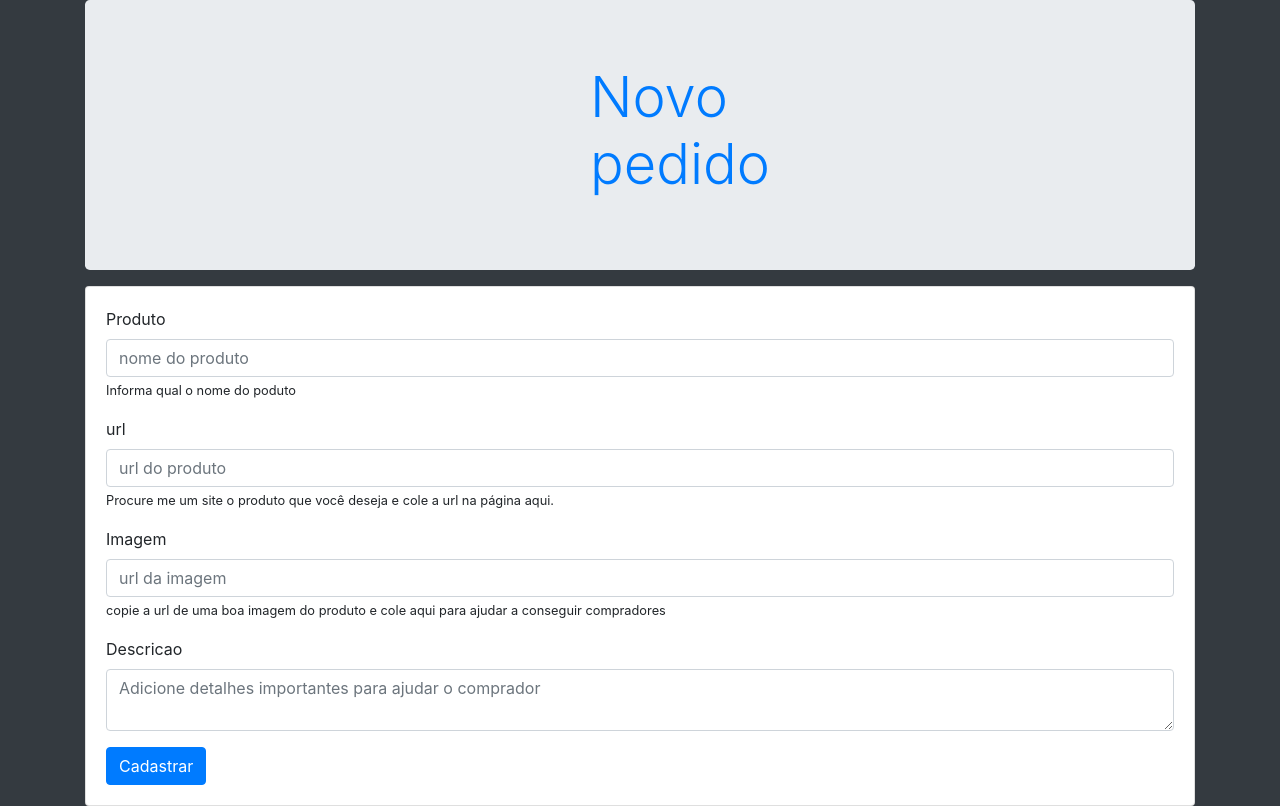
Repository: Erick-Fernandes-dev/Spring_MVC_Part2
Page: http://localhost/pedido/formulario
The author's editor kept a copy of each file at every save. The page is drawn from the files as they stood at one save, then again after the next save.
The browser window is 1280 px wide. The pictures show the whole page.
The page is this project's Thymeleaf template; nobody is signed in. The template is opened directly, without the code that normally fills it, so the values that code supplies are empty.

Above is the page before, as saved 2022-05-26 18:14:05.

After the next save:
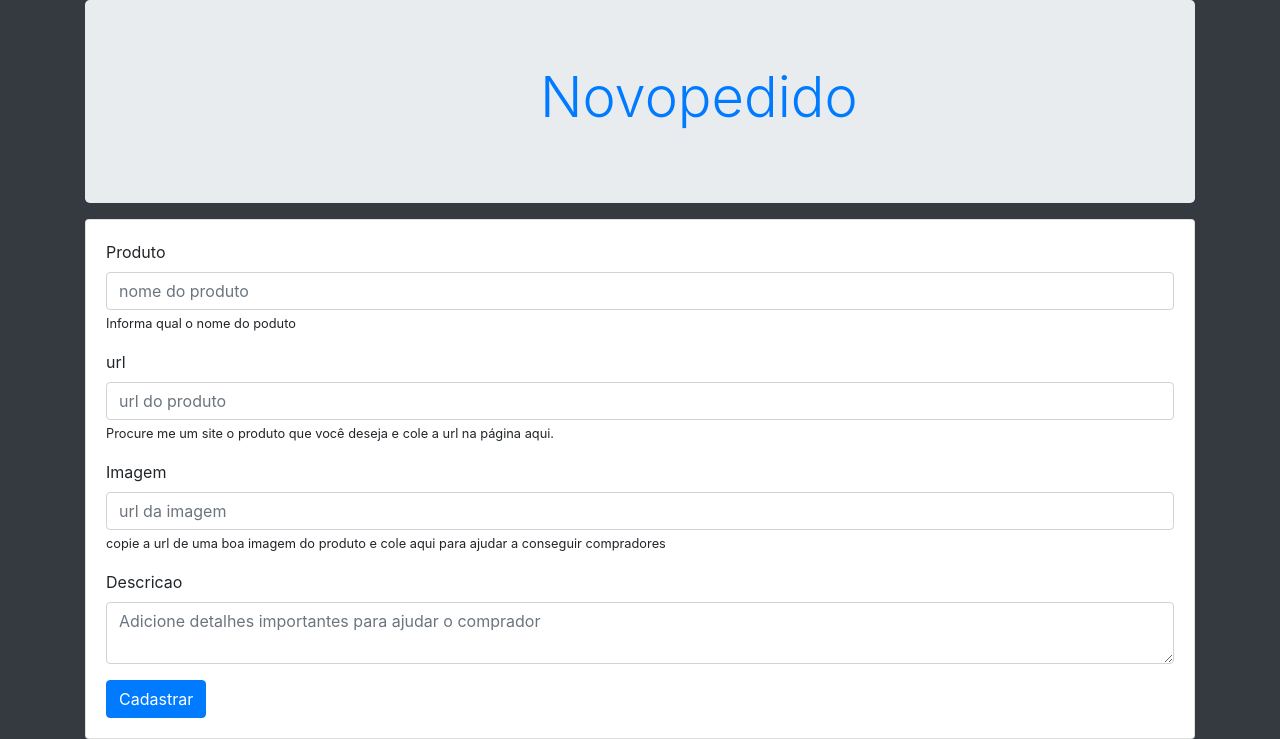
Saved 21 s later.
--- a/mudi/src/main/resources/templates/pedido/formulario.html
+++ b/mudi/src/main/resources/templates/pedido/formulario.html
@@ -15,7 +15,7 @@
 
 		<div class="jumbotron mb-0">
 
-			<h1 class="display-4 text-primary mx-auto" style="width: 100px;">Novo pedido</h1>
+			<h1 class="display-4 text-primary mx-auto" style="width: 200px;">Novopedido</h1>
 
 		</div>
 

After the save that followed:
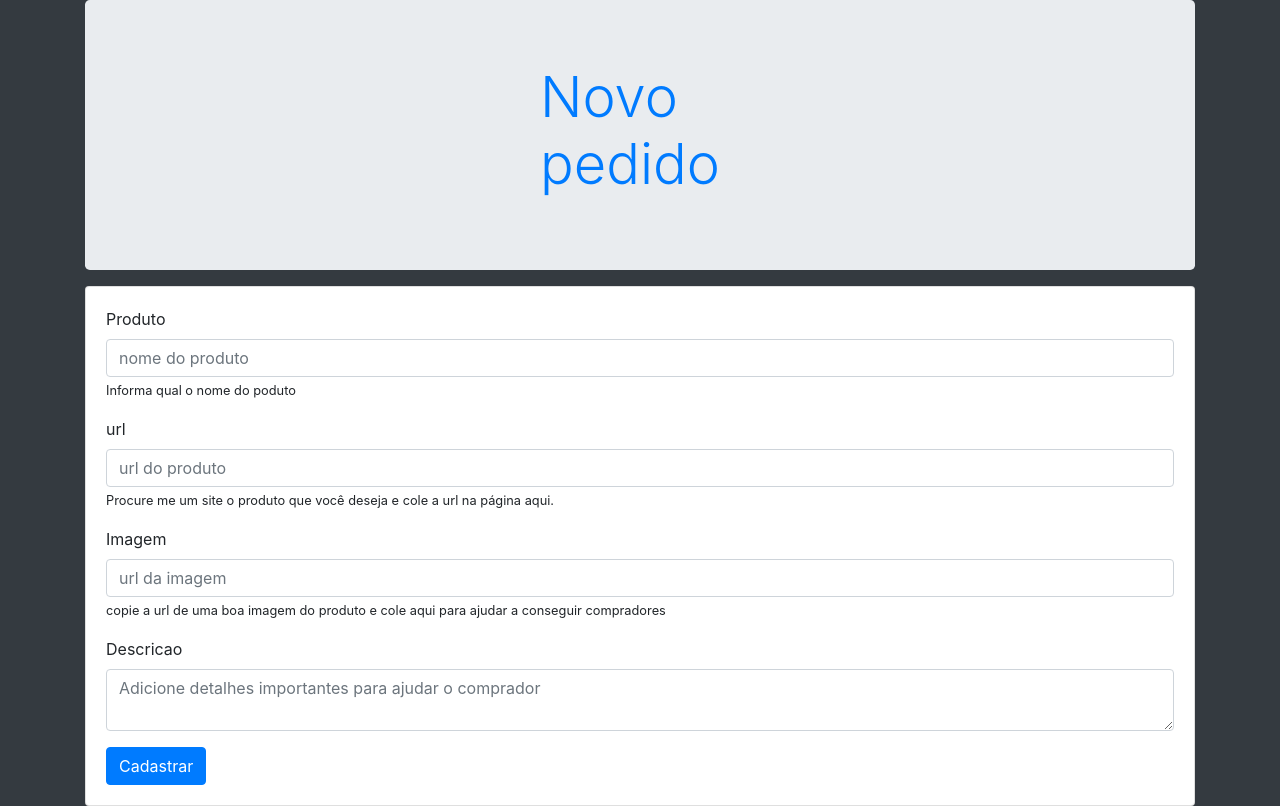
Saved 21 s later.
--- a/mudi/src/main/resources/templates/pedido/formulario.html
+++ b/mudi/src/main/resources/templates/pedido/formulario.html
@@ -15,7 +15,7 @@
 
 		<div class="jumbotron mb-0">
 
-			<h1 class="display-4 text-primary mx-auto" style="width: 200px;">Novopedido</h1>
+			<h1 class="display-4 text-primary mx-auto" style="width: 200px;">Novo pedido</h1>
 
 		</div>
 
